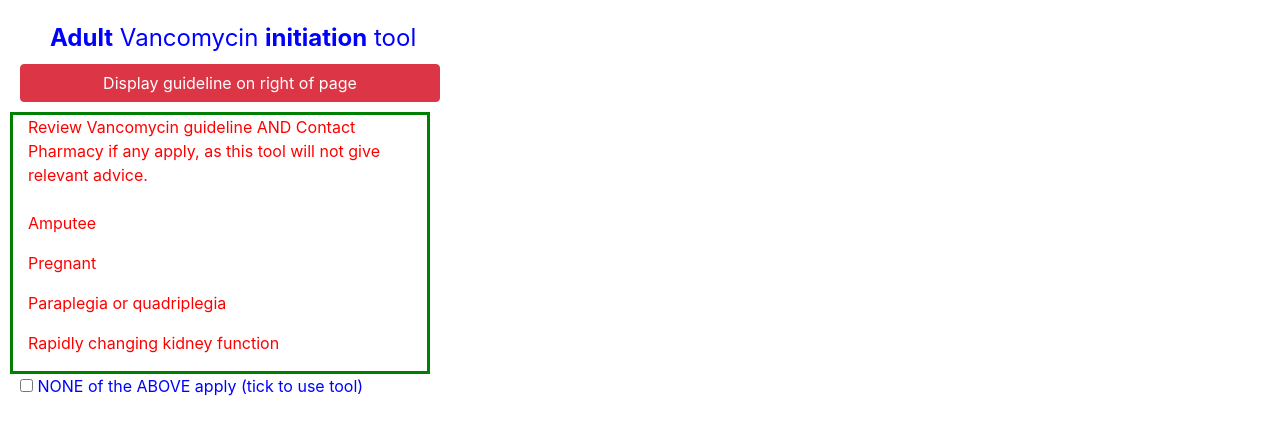
Repository: Mismiles/project-clinical-calculator
Page: index.html
The author's editor kept a record of every edit. The page is drawn from the files as they stood at one moment, then again after the next edit.
The browser window is 1280 px wide. The pictures show the whole page.

Above is the page before.

### index.html
<!doctype html>
<html lang="en">
  <head>
    <!-- Required meta tags -->
    <meta charset="utf-8">
    <meta name="viewport" content="width=device-width, initial-scale=1, shrink-to-fit=no">

    <!-- Bootstrap CSS -->
    <link rel="stylesheet" href="https://stackpath.bootstrapcdn.com/bootstrap/4.3.1/css/bootstrap.min.css" integrity="sha384-ggOyR0iXCbMQv3Xipma34MD+dH/1fQ784/j6cY/iJTQUOhcWr7x9JvoRxT2MZw1T" crossorigin="anonymous">

    <!-- Custom CSS -->
    <link href="css/stylesheet.css" rel="stylesheet">

    <title>Vancomycin calculation tool</title>

  </head>
  <body>


<div class="embed-responsive embed-responsive-16by9 col-6 .d-sm-none .d-md-block" id="guideline">
  <iframe class="embed-responsive-item .d-sm-none" src="PDF/vanc.pdf"></iframe>
</div>



<form name="vanc">
<fieldset>

<!-- Form Name -->
<legend><b>Adult</b> Vancomycin <b>initiation</b> tool</legend>
<button class="col-md-4 btn btn-danger" id="gbutton" name="vancGuidline" type="button"
onclick="showGuideline();" >Display guideline on right of page</button>


<!-- Parameters -->
<section id='parameters'>
  <div class="col-md-4 statement" for="parameters" style="color:red">Review Vancomycin guideline AND Contact Pharmacy if any apply, as this tool will not give relevant advice.
    <br>
    <br>
    <p>Amputee</p>
    <p>Pregnant</p>
    <p>Paraplegia or quadriplegia</p>
    <p>Rapidly changing kidney function</p>
	</div>


<!-- Safe to use tool-->
	<label style="color:blue">
      <input type="checkbox" name="parameters" id="showform" onclick="displayForm(); hideParameters();"> NONE of the ABOVE apply (tick to use tool)
  </label>
</section>



<section id='vancform'>

<!-- Indication-->
<br>
<div class="form-group">
  <label class="col-md-4 control-label" for="indication"><b>Indication</b></label>
  <div class="col-md-4">
  <input id="ind" name="indication" type="text" autocomplete="off" placeholder="Specify" class="form-control input-md" required/>
  </div>
</div>

<!-- Gender -->
<div class="form-group">
  <label class="col-md-4 control-label" for="gender"><b>Gender</b></label>
  <div class="col-md-4">
   <div class="btn-group btn-group-toggle" data-toggle="buttons">
  <label class="btn btn-outline-primary">
    <input type="radio" name="options" id="male" value="males" onclick="getGender()"> Male
  </label>
  <label class="btn btn-outline-danger">
    <input type="radio" name="options" id="female" value="females" onclick="getGender()"> Female
  </label>
</div>
  </div>
</div>

<!-- Age-->
<div class="form-group">
  <label class="col-md-4 control-label" for="age"><b>Age</b></label>
  <div class="col-md-4">
  <input id="age" name="age" type="text" maxlength="3" placeholder="Age in years" autocomplete="off" class="form-control input-md" required/>
  </div>
</div>

<p id="ageOut"></p>

<!-- Weight-->
<div class="form-group">
  <label class="col-md-4 control-label" for="weight"><b>Weight in kg</b></label>
  <div class="col-md-4">
  <input id="weight" name="weight" type="text" maxlength="3" placeholder="Weight in kg" autocomplete="off" class="form-control input-md" required/>
</div>
</div>


<p id="weighteOut"></p>

<!-- Date picker-->
<div class="form-group">
        <label class="col-md-4 control-label" for="date"><b>Date Weight Taken</b><span style="color:red"><i> (Weight must be measured within last 3 months)</i></span></label>
          <div class="col-md-4">
        <input class="form-control input-md" id="datepicker" name="date"
        autocomplete="off" placeholder="MM/DD/YYY" type="date" min='2019-01-01' max='2019-12-01'></input>
          </div>
</div>
  <div class="checkbox">
    <label>
      <input type="radio" name="parameters" id="abnormalWeight" value="" onclick="displayHeight();scrollWin();">
      Abnormal Weight (BMI &lt; 18.5 OR BMI &gt; 25) <br><span style="color:green"><i>Tick to help calculate BMI</i></span>
    </label>
	</div>

	 <div class="checkbox">
    <label>
      <input type="radio" name="parameters" id="normalweight" value="" checked="checked" onclick="displayHeight();scrollWin();">
      Normal weight (BMI &gt; 18.5 and &lt; 25)
    </label>
	</div>
</div>
</div>

<!-- Height-->
<section id="heightbox" class="form-group">
  <label class="col-md-4 control-label" for="height"><b>Height in cm</b></label>
  <div class="col-md-4">
  <input id="height" name="height" type="text" maxlength="3" autocomplete="off" placeholder="Height in cm" class="form-control input-md" required/>
</div>
</section>

<p id="heightOut"></p>

<!-- Creatinine-->
<div class="form-group">
  <label class="col-md-4 control-label" for="creatinine"><b>Serum Creatinine in µmol/L</b></label>
  <div class="col-md-4">
  <input id="creatinine" name="creatinine" type="text" autocomplete="off" maxlength="3" placeholder="Creatinine" class="form-control input-md" data-bind="value:replyNumber" required="true"/>
  </div>
</div>

<!-- Disclaimer-->
<label class="col-md-4" id="disclaimer" style="color:red">
      <input type="checkbox" name="safetyline" id="disclaimer" onclick="safety(); scrollWin();">  I confirm that this tool takes no clinical responsibility for outcomes <br> and I will use this tool <b>only to aid my ultimate clinical decision.</b>
</label>

<!-- Button -->
<div class="form-group">
  <label class="col-md-4 control-label" for="calculate"></label>
  <div class="col-md-4">
    <script type="text/javascript" src="js/calculation.js"></script>
    <button id="calc" name="calculate" type="button" class="btn btn-primary" onclick="runCalcs();" >Display dose and monitoring advice</button>
  </div>
</div>

</fieldset>
</form>
</section>


<section class="col-md-4" id="dosingAdvice">
<p id="indication" class="text">The indication for treatment is</p>
<p id="stat_dose" class="text">Prescribe STAT dose of</p>
<p id="bmi_calc" class="text">The patient's BMI is</p>
<p id="ibw_text" class="text">The patient's ideal body weight is</p>
<p id="result_g" class="text">The CrCl =</p>
<p id="main_dose" class="text">Therefore prescribe</p>
<p id="poor_renal"class="text">Do not wait for the result before giving the next scheduled dose unless CrCl < 10 ml/min
or the patient is on renal replacement therapy</p>

<br>

<!-- Explain Button -->
  <div>
    <button id="explain" name="exp" type="button" class="btn btn-success" onclick="displayReasoning(); highlightWtable(); highlightRtable(); explain(); scrollWin();" >Show dosing rationale</button>
  </div>
</div>

</section>

<br>

<section class="col-md-4" id="explainDosing"
<!--Show formulas -->
<div id="showFormulas"></div>

<br>


<h2>Loading dose</h2>

<table id="loadTable" class="col-md-4 table table-bordered table-dark">
  <thead>
    <tr>
      <th scope="col">Actual body Weight (ABW)</th>
      <th scope="col">Vancomycin Dose</th>
      <th scope="col">Dose frequency</th>
    </tr>
  </thead>
  <tbody>
    <tr id="under40">
      <td>< 40kg</td>
      <td>750mg</td>
      <td>STAT</td>
    </tr>
    <tr id="w40to59">
      <td>40 - 59 kg</td>
      <td>1000mg</td>
      <td>STAT</td>
    </tr>
    <tr id="w60to90">
      <td>60 - 90 kg</td></td>
      <td>1500mg</td>
      <td>STAT</td>
    </tr>
    <tr id="over90">
      <td>> 90 kg</td></td>
      <td>200mg</td>
      <td>STAT</td>
    </tr>
  </tbody>
</table>

<br>

<h2>Maintenance dose</h2>

<table class="col-md-4 table table-dark">
  <thead>
    <tr>
      <th scope="col">Creatinine clearence (mL/min)</th>
      <th scope="col">Vancomycin Maintenance dose</th>
      <th scope="col">Dose interval</th>
      <th scope="col">Time of 1st level</th>
      <th scope="col">Monitoring Frequency</th>
    </tr>
  </thead>
  <tbody>
    <tr id="rOver110">
      <th>> 110</th>
      <td>1500mg</td>
      <td>12 hourly</td>
      <td>Before 4th dose</td>
      <td rowspan="7"> <br><br><br> If stable renal function, request levels <b>TWICE weekly. Do not wait for results.</b><br><br><br> If worsening renal function, request levels <b>every 24 hours. Hold dose until result arrives.</b></td>

    </tr>
    <tr id="r90to110">
      <th>90 - 110</th>
      <td>1250mg</td>
      <td>12 hourly</td>
      <td>Before 4th dose</td>

    </tr>
    <tr  id="r75to89">
      <th>75 - 89</th>
      <td>1000mg</td>
      <td>12 hourly</td>
      <td>Before 4th dose</td>
    </tr>
     <tr id="r55to74">
      <th>55 - 74</th>
      <td>750mg</td>
      <td>12 hourly</td>
      <td>Before 4th dose</td>
    </tr>
    <tr id="r40to54">
      <th>40 - 54</th>
      <td>500mg</td>
      <td>12 hourly</td>
      <td>Before 4th dose</td>
    </tr>
    <tr id="r30to39">
      <th>30 - 39</th>
      <td>750mg</td>
      <td>24 hourly</td>
      <td>Before 3rd dose</td>
    </tr>
    <tr id="r20to29">
      <th>20 - 29</th>
      <td>500mg</td>
      <td>24 hourly</td>
      <td>Before 3rd dose</td>
    </tr>
    <tr id="r10to19">
      <th>10 - 19</th>
      <td>500mg</td>
      <td>48 hourly</td>
      <td>Before 2nd dose</td>
    </tr>
    <tr id="r0to10">
      <th>< 10</th>
      <td>500mg</td>
      <td>48 hourly (check level before giving)</td>
      <td>24 hour intervals</td>
      <td rowspan="2"><b>24-hour intervals.</b> Withhold dose if level is high and adjust dose / dosage interval accordingly
    </tr>
    <tr id="CRRT">
      <th>CRRT</th>
      <td>Withold initiating maintenace dose until level is in range.</td>
      <td>Maintenance dose can range between 500mg to 1500mg 24hourly. Adjust the dose or dosing interval to acheive the target range.</td>
      <td>24 hour intervals</td>
    </tr>
  </tbody>
</table>


<!-- Image carousel -->
<!--  <div id="carouselExampleIndicators" class="carousel slide row" data-ride="carousel">-->
<!--  <ol class="carousel-indicators">-->
<!--    <li data-target="#carouselExampleIndicators" data-slide-to="0" class="active"></li>-->
<!--    <li data-target="#carouselExampleIndicators" data-slide-to="1"></li>-->
<!--    <li data-target="#carouselExampleIndicators" data-slide-to="2"></li>-->
<!--    <li data-target="#carouselExampleIndicators" data-slide-to="3"></li>-->
<!--    <li data-target="#carouselExampleIndicators" data-slide-to="4"></li>-->
<!--    <li data-target="#carouselExampleIndicators" data-slide-to="5"></li>-->
<!--    <li data-target="#carouselExampleIndicators" data-slide-to="6"></li>-->
<!--    <li data-target="#carouselExampleIndicators" data-slide-to="7"></li>-->
<!--    <li data-target="#carouselExampleIndicators" data-slide-to="8"></li>-->
<!--    <li data-target="#carouselExampleIndicators" data-slide-to="9"></li>-->
<!--  </ol>-->
<!--  <div class="carousel-inner">-->
<!--    <div class="carousel-item active">-->
<!--      <img class="d-block w-60" src="images/vanc1.jpg" alt="First slide">-->
<!--    </div>-->
<!--    <div class="carousel-item">-->
<!--      <img class="d-block w-60" src="images/app1.jpg" alt="Second slide">-->
<!--    </div>-->
<!--    <div class="carousel-item">-->
<!--      <img class="d-block w-60" src="images/app2.jpg" alt="Third slide">-->
<!--    </div>-->
<!--    <div class="carousel-item">-->
<!--      <img class="d-block w-60" src="images/app3.jpg" alt="Fourth slide">-->
<!--    </div>-->
<!--    <div class="carousel-item">-->
<!--      <img class="d-block w-60" src="images/app41.jpg" alt="Fifth slide">-->
<!--    </div>-->
<!--    <div class="carousel-item">-->
<!--      <img class="d-block w-60" src="images/app42.jpg" alt="Sixth slide">-->
<!--    </div>-->
<!--     <div class="carousel-item">-->
<!--      <img class="d-block w-60" src="images/app43.jpg" alt="Seventh slide">-->
<!--    </div>-->
<!--     <div class="carousel-item">-->
<!--      <img class="d-block w-60" src="images/app5.jpg" alt="Eigth slide">-->
<!--     </div>-->
<!--     <div class="carousel-item">-->
<!--      <img class="d-block w-60" src="images/app6.jpg" alt="Ninth slide">-->
<!--     </div>-->
<!--  </div>-->

<!--  <a class="carousel-control-prev" href="#carouselExampleIndicators" role="button" data-slide="prev">-->
<!--    <span class="carousel-control-prev-icon" aria-hidden="true"></span>-->
<!--    <span class="sr-only">Previous</span>-->
<!--  </a>-->
<!--  <a class="carousel-control-next" href="#carouselExampleIndicators" role="button" data-slide="next">-->
<!--    <span class="carousel-control-next-icon" aria-hidden="true"></span>-->
<!--    <span class="sr-only">Next</span>-->
<!--  </a>-->
<!--</div>-->


    <!-- jQuery first, then Popper.js, then Bootstrap JS -->
    <script src="https://code.jquery.com/jquery-3.3.1.slim.min.js" integrity="sha384-q8i/X+965DzO0rT7abK41JStQIAqVgRVzpbzo5smXKp4YfRvH+8abtTE1Pi6jizo" crossorigin="anonymous"></script>
    <script src="https://cdnjs.cloudflare.com/ajax/libs/popper.js/1.14.7/umd/popper.min.js" integrity="sha384-UO2eT0CpHqdSJQ6hJty5KVphtPhzWj9WO1clHTMGa3JDZwrnQq4sF86dIHNDz0W1" crossorigin="anonymous"></script>
    <script src="https://stackpath.bootstrapcdn.com/bootstrap/4.3.1/js/bootstrap.min.js" integrity="sha384-JjSmVgyd0p3pXB1rRibZUAYoIIy6OrQ6VrjIEaFf/nJGzIxFDsf4x0xIM+B07jRM" crossorigin="anonymous"></script>

        <!-- Calulation JavaScript Code-->
    <script type="text/javascript" href="js/calculation.js"></script>

  </body>
</html>

### css/stylesheet.css
body {
    position: relative;
    font-size: 1em;
    margin-left: 20px;
    margin-top: 20px;

}

legend {
    padding-left: 30px;
    color: blue;
}

#guideline{
    display: none;
    position: fixed;
    margin-left: 600px;
    margin-right: 50px;
    height: 96%;
    width: 60%;
    border-color: red;
    border-width: 2px;
}

#gbutton{
    margin-bottom: 10px;
}


.statement {
 border-style: solid;
 border-color: green;
 right: 10px;
  }

 .showform {
     color: blue;
 }

#heightbox{
  display: none;
}

#dosingAdvice{
  display: none;
}

#bmi_calc{
    display: none;
}

#vancform {
  display: none;
}

#parameters{
    display: block;
}

#ibw_text{
    display: block;
}

#calc{
    display: none;
}

#poor_renal{
    color: red;
}

#stat_dose, #main_dose, h2{
    color: green;
}

#explainDosing{
    display:none;
}

.text{
    margin-bottom: 2px;
}

.datemessage{
    color: red;
}

#formZ{
    display:block;
}

#sumButton{
    display: none;
}

.carousel {
  width:740px;
  height:860px;
  display: none !important;
}

Loaded but not shown: js/calculation.js (397 lines, source omitted)

After the next edit:
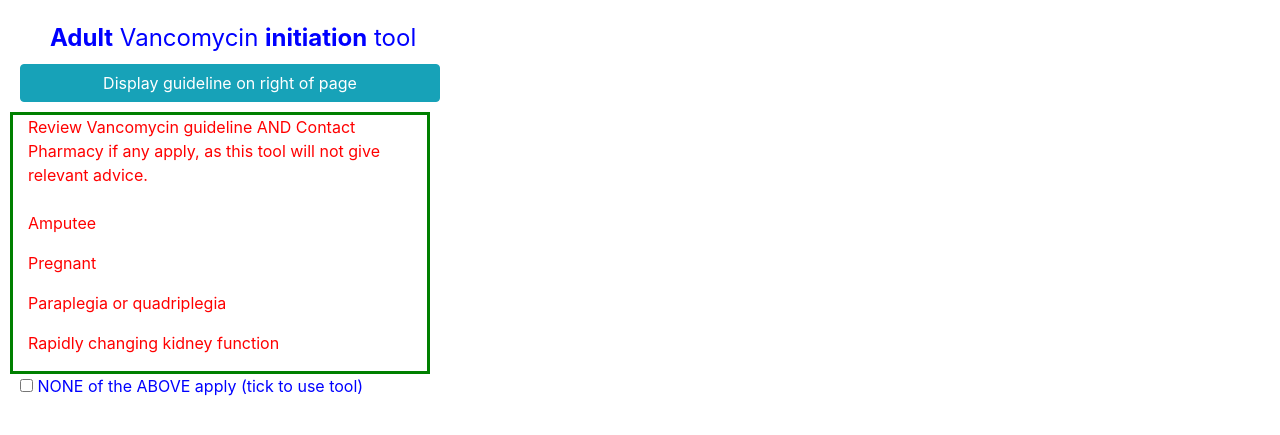
The edit:
--- a/index.html
+++ b/index.html
@@ -28,7 +28,7 @@
 
 <!-- Form Name -->
 <legend><b>Adult</b> Vancomycin <b>initiation</b> tool</legend>
-<button class="col-md-4 btn btn-danger" id="gbutton" name="vancGuidline" type="button"
+<button class="col-md-4 btn btn-info" id="gbutton" name="vancGuidline" type="button"
 onclick="showGuideline();" >Display guideline on right of page</button>
 
 
